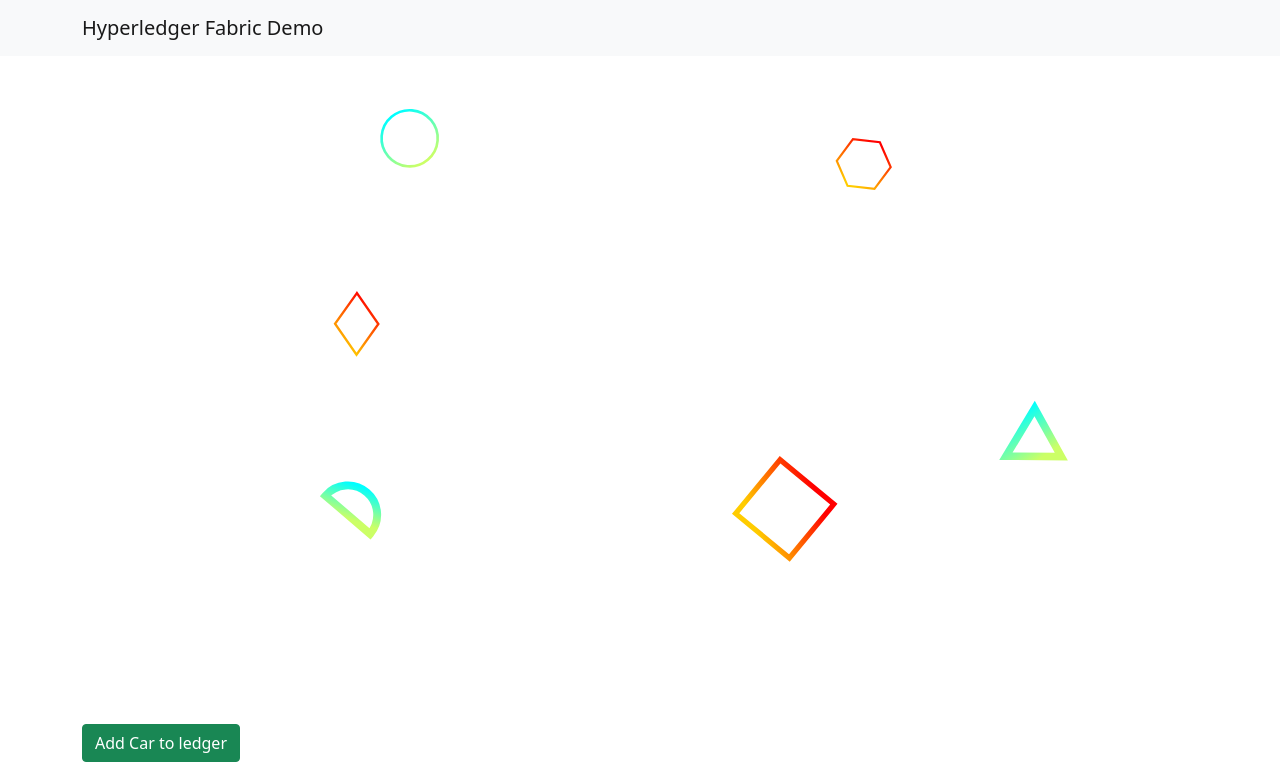
Repository: akshaykurhekar/hyperledger-asset-monetization-dapp
Page: / (app in fabcarWeb/new-ui/)
An editor plug-in stored every save of this project. The page is shown before and after a run of saves, followed by the edit.
The browser window is 1280 px wide. The pictures show the whole page.
The page's requests for data from a server got no answer. The project was rebuilt for these pictures with package versions that can differ from the ones it lists, and the page was loaded fresh each time. No one was signed in, and anything a server would have sent is missing. Also part of the build but not shown: fabcarWeb/new-ui/src/components/card.js, fabcarWeb/new-ui/src/pages/carDetalis.js.

Above is the page before, as saved 2022-04-05 14:52:35.

After the next 2 saves:
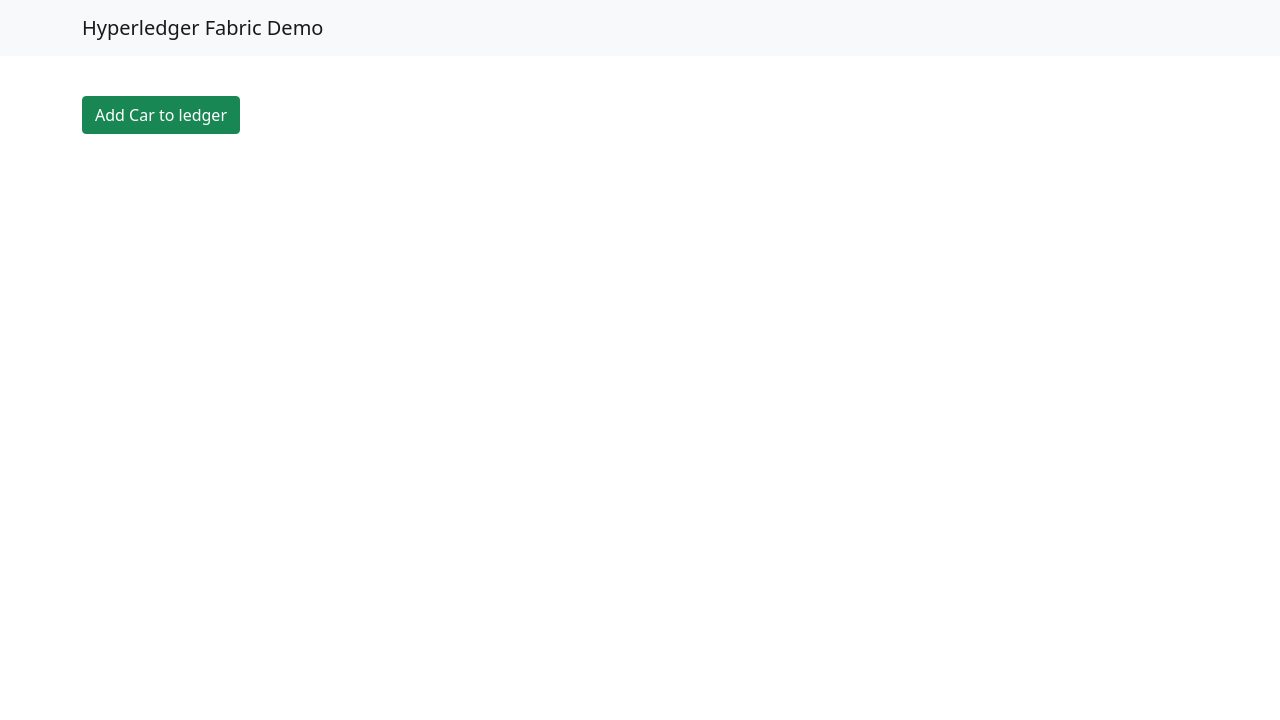
The 2 saves are shown as one change because they came seconds apart.
The last was saved 9 s later.
--- a/fabcarWeb/new-ui/src/pages/home.js
+++ b/fabcarWeb/new-ui/src/pages/home.js
@@ -37,8 +37,8 @@
     <div style={{backgroundImage:svgImage}}>
       <Navbar />
       <Container>
-          <Image src={svgImage} alt="svg Image"/>
-          <backgroundImage />
+          {/* <Image src={svgImage} alt="svg Image"/> */}
+          <backgroundImage src={svgImage} alt="svg Image"/>
         <Row style={{ paddingTop: "40px" }}>
           <Col sm={3}>
             <Model fetchCarData={carData}/>

After the save that followed:
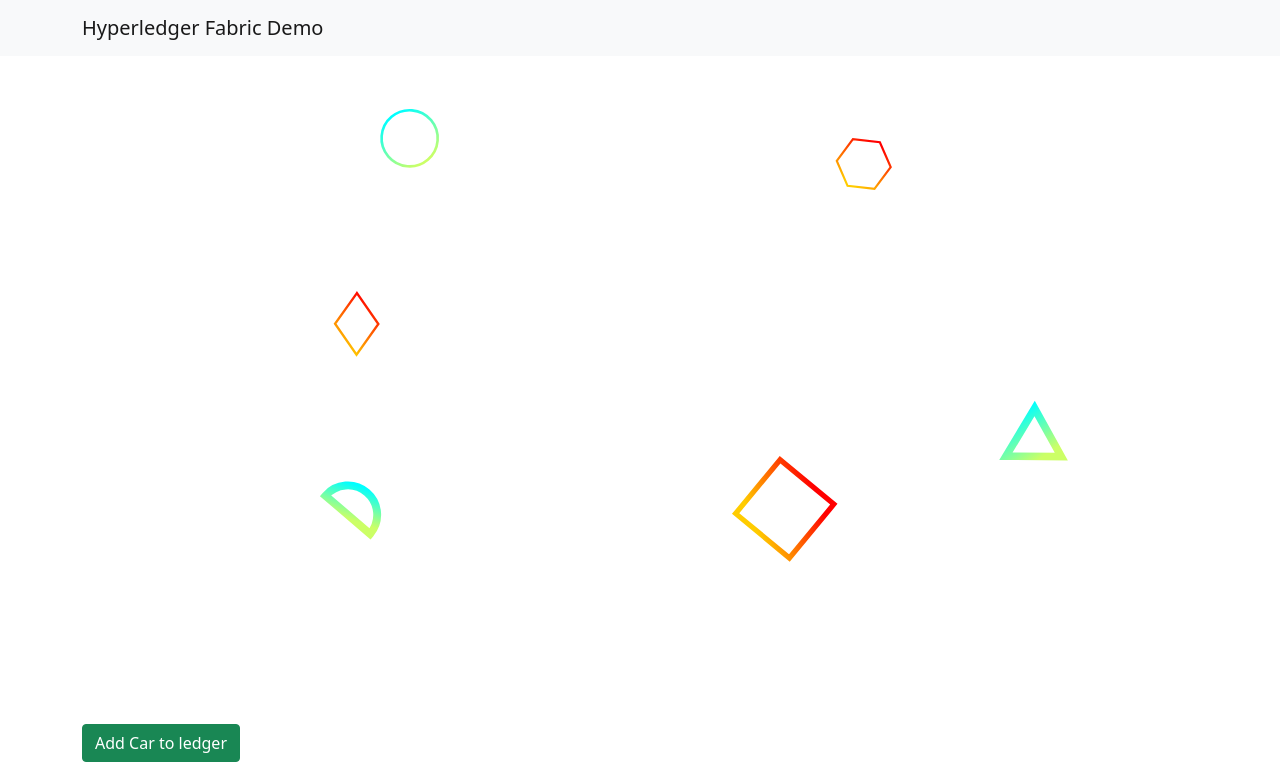
Saved 9 s later.
--- a/fabcarWeb/new-ui/src/pages/home.js
+++ b/fabcarWeb/new-ui/src/pages/home.js
@@ -37,7 +37,7 @@
     <div style={{backgroundImage:svgImage}}>
       <Navbar />
       <Container>
-          {/* <Image src={svgImage} alt="svg Image"/> */}
+          <Image src={svgImage} alt="svg Image"/>
           <backgroundImage src={svgImage} alt="svg Image"/>
         <Row style={{ paddingTop: "40px" }}>
           <Col sm={3}>
